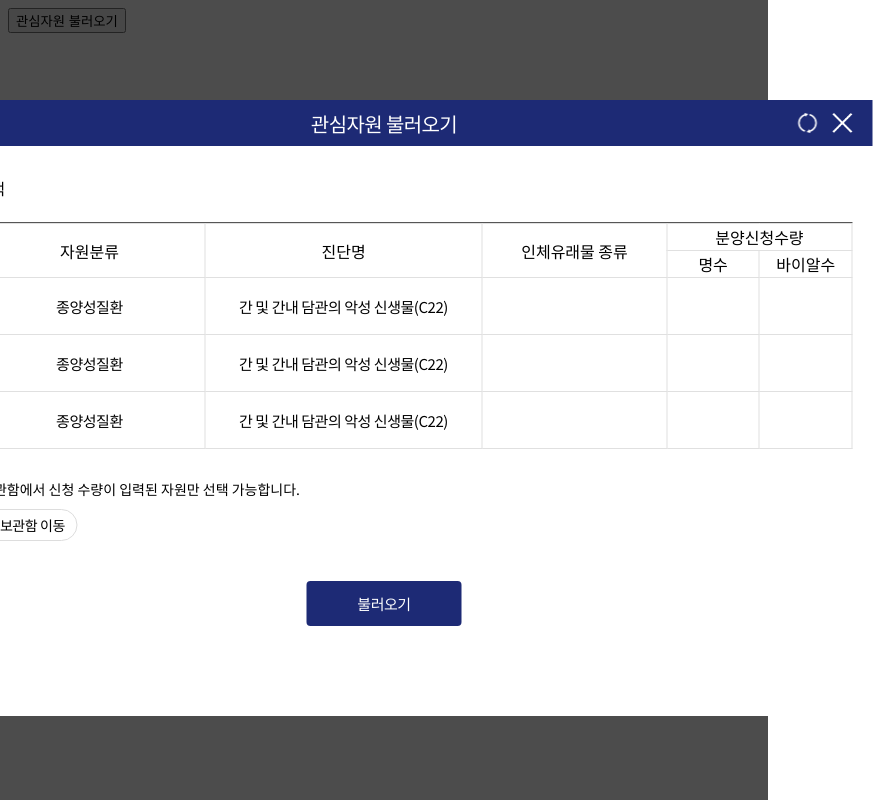
Repository: dlgywls1130/one_popup
Page: index.html
These files come from the project's save history. The page is drawn as it stood at one moment and after the next save; the edit follows.
The browser window is 768 px wide. The page is 873 px wide, then 768 px, so the pictures cover 873 px, including what lies to the right of the window. The pictures show the whole page.
After loading, the first visible `button.click_modal` was clicked once.
Some web fonts or font styles are not loaded; a fallback is used.

Above is the page before, as saved 2023-10-25 22:44:18.

After the next save:
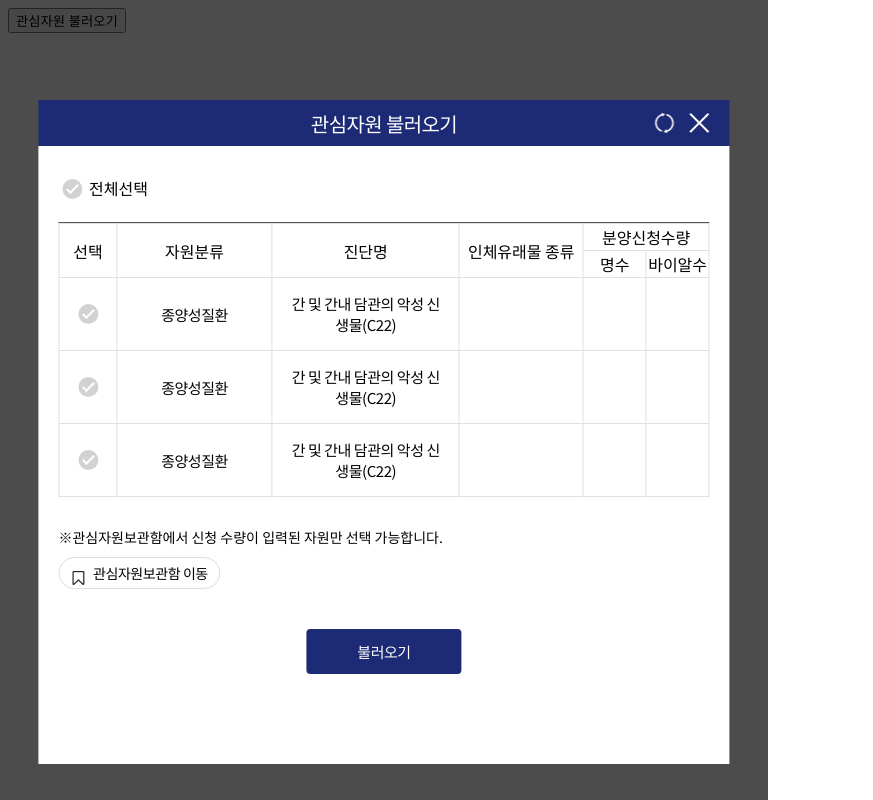
Saved 103 s later.
--- a/style.css
+++ b/style.css
@@ -251,3 +251,12 @@ input[type=checkbox] {
 cursor: pointer;
 font-family: Pretendard,'Noto Sans KR', sans-serif;
 }
+
+
+/* mobile */
+@media screen and (max-width:768px){
+    .modal_new{
+        width: 90%;
+        height: 600px;
+    }
+}
